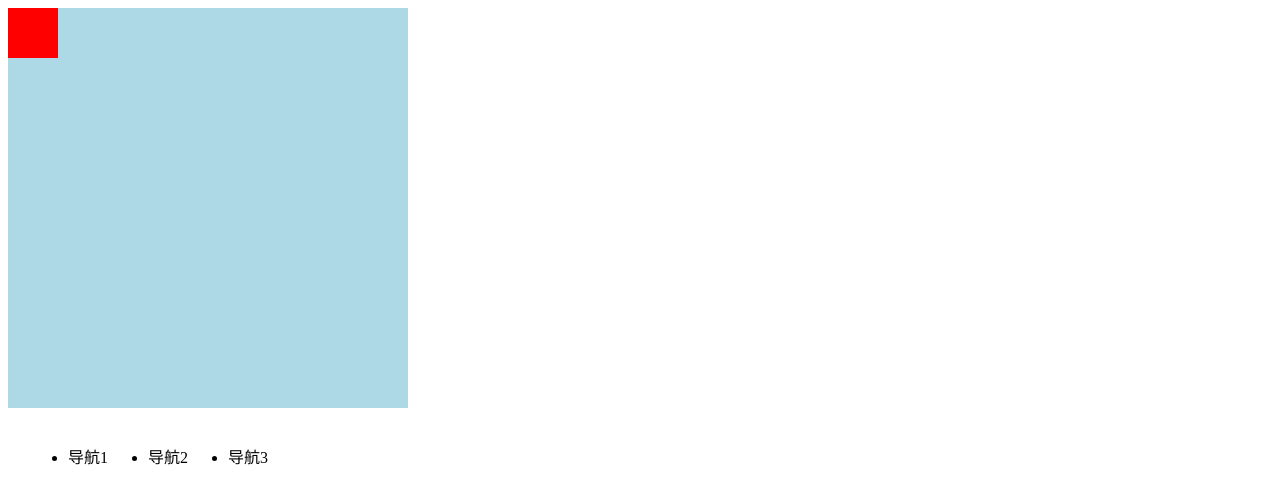
Repository: yuanliumaker/html-css-js
Page: css/float.html
An editor plug-in stored every save of this project. The page is shown before and after the next save, followed by the edit.
The browser window is 1280 px wide. The pictures show the whole page.

Above is the page before, as saved 2025-08-31 17:46:38.

### css/float.html
<!-- float属性定义元素在哪个方向上浮动,任何元素都可以浮动 方向 left right
 浮动以后元素脱离了文档流 这样解决了文档流比如说两个块之间存在间隙的问题
 当所有元素同时浮动的时候,会变成水平摆放,向左或者向右 应用场景将元素横向摆放
 当某些元素不想被float影响时,直接用clear:both清除float即可-->
 <!DOCTYPE html>
 <html lang="en">
 <head>
    <meta charset="UTF-8">
    <meta name="viewport" content="width=device-width, initial-scale=1.0">
    <title>Document</title>
    <style>
        .box{
            width:50px;
            height:50px;
            float:left; /* left right none  */
            background-color:red;
        }
        .container{
            width:400px;
            height:400px;
            background-color:lightblue;

        }
        li{
            float:left;
            margin:20px;
        }
    </style>
 </head>
 <body>
    <div class="box"></div>
    <div class="container"></div>
    <ul>
        <li>导航1</li>
        <li>导航2</li>
        <li>导航3</li>
    </ul>
 </body>
 </html>

After the next save:
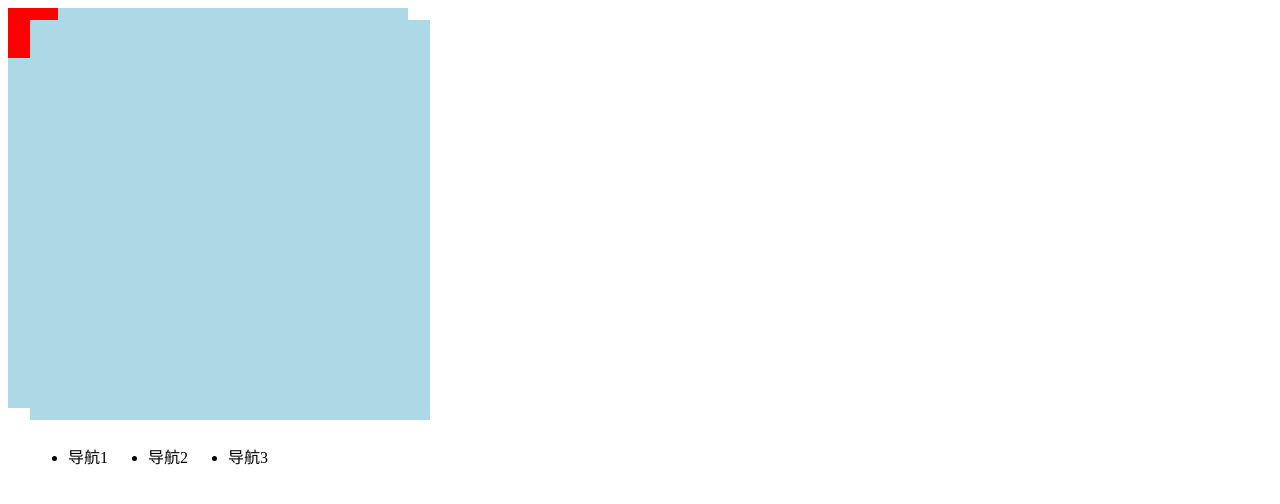
Saved 42 min 2 s later.
--- a/css/float.html
+++ b/css/float.html
@@ -25,6 +25,16 @@
             float:left;
             margin:20px;
         }
+        /* 位置 position: relative absolute */
+        .box2{
+            width:400px;
+            height:400px;
+            background-color:lightblue;
+            position: absolute;
+            top:20px;
+            left:30px;/*距左30,上方20 positon选择absolute侯脱离了文档流*/
+
+        }
     </style>
  </head>
  <body>
@@ -35,5 +45,7 @@
         <li>导航2</li>
         <li>导航3</li>
     </ul>
+
+    <div class="box2"></div>
  </body>
  </html>
